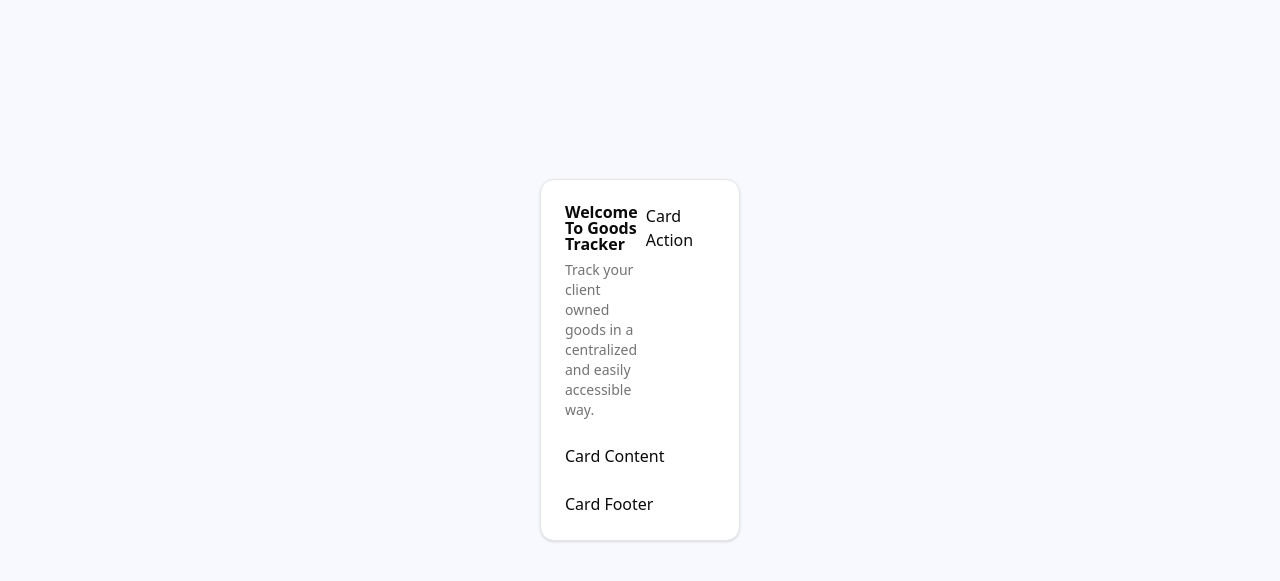
Repository: Renzo-Salosagcol/cog_tracker
Page: /
An editor plug-in stored every save of this project. The page is shown before and after the next save, followed by the edit.
The browser window is 1280 px wide. The pictures show the whole page.
The project was rebuilt for these pictures with package versions that can differ from the ones it lists, and the page was loaded fresh each time. The framework's server and built-in components were replaced by stand-ins that run in the browser. Also part of the build but not shown: next.config.ts.

Above is the page before, as saved 2025-12-17 14:13:46.

### app/layout.tsx
import type { Metadata } from "next";
import { Geist, Geist_Mono } from "next/font/google";
import "./globals.css";

const geistSans = Geist({
  variable: "--font-geist-sans",
  subsets: ["latin"],
});

const geistMono = Geist_Mono({
  variable: "--font-geist-mono",
  subsets: ["latin"],
});

export const metadata: Metadata = {
  title: "COG Tracker",
  description: "COG tracker created to track client owned goods in a centralized and easily accessible way",
};

export default function RootLayout({
  children,
}: Readonly<{
  children: React.ReactNode;
}>) {
  return (
    <html lang="en">
      <body
        className={`${geistSans.variable} ${geistMono.variable} antialiased`}
      >
        {children}
      </body>
    </html>
  );
}

### app/page.tsx
import {
  Card,
  CardAction,
  CardContent,
  CardDescription,
  CardFooter,
  CardHeader,
  CardTitle,
} from "@/components/ui/card"

export default function Home() {
  return (
    <div className="root-page-element bg-background">
      <Card className="*
        glassmorphism flex flex-cols-1 min-w-50">
        <CardHeader>
          <CardTitle>Welcome To Goods Tracker</CardTitle>
          <CardDescription>Track your client owned goods in a centralized and easily accessible way.</CardDescription>
          <CardAction>Card Action</CardAction>
        </CardHeader>
        <CardContent>
          <p>Card Content</p>
        </CardContent>
        <CardFooter>
          <p>Card Footer</p>
        </CardFooter>
      </Card>
    </div>
  );
}

### app/globals.css
@import "tailwindcss";
@import "tw-animate-css";

@custom-variant dark (&:is(.dark *));

@theme inline {
  --radius-sm: calc(var(--radius) - 4px);
  --radius-md: calc(var(--radius) - 2px);
  --radius-lg: var(--radius);
  --radius-xl: calc(var(--radius) + 4px);
  --radius-2xl: calc(var(--radius) + 8px);
  --radius-3xl: calc(var(--radius) + 12px);
  --radius-4xl: calc(var(--radius) + 16px);
  --color-background: var(--background);
  --color-foreground: var(--foreground);
  --color-card: var(--card);
  --color-card-foreground: var(--card-foreground);
  --color-popover: var(--popover);
  --color-popover-foreground: var(--popover-foreground);
  --color-primary: var(--primary);
  --color-primary-foreground: var(--primary-foreground);
  --color-secondary: var(--secondary);
  --color-secondary-foreground: var(--secondary-foreground);
  --color-muted: var(--muted);
  --color-muted-foreground: var(--muted-foreground);
  --color-accent: var(--accent);
  --color-accent-foreground: var(--accent-foreground);
  --color-destructive: var(--destructive);
  --color-border: var(--border);
  --color-input: var(--input);
  --color-ring: var(--ring);
  --color-chart-1: var(--chart-1);
  --color-chart-2: var(--chart-2);
  --color-chart-3: var(--chart-3);
  --color-chart-4: var(--chart-4);
  --color-chart-5: var(--chart-5);
  --color-sidebar: var(--sidebar);
  --color-sidebar-foreground: var(--sidebar-foreground);
  --color-sidebar-primary: var(--sidebar-primary);
  --color-sidebar-primary-foreground: var(--sidebar-primary-foreground);
  --color-sidebar-accent: var(--sidebar-accent);
  --color-sidebar-accent-foreground: var(--sidebar-accent-foreground);
  --color-sidebar-border: var(--sidebar-border);
  --color-sidebar-ring: var(--sidebar-ring);
}

:root {
  --radius: 0.625rem;
  --background: #f8f8ff; /* Ghost White */
  --foreground: #080808; /* Vampire Black */
  --card: oklch(1 0 0);
  --card-foreground: oklch(0.145 0 0);
  --popover: oklch(1 0 0);
  --popover-foreground: oklch(0.145 0 0);
  --primary: oklch(0.205 0 0);
  --primary-foreground: oklch(0.985 0 0);
  --secondary: oklch(0.97 0 0);
  --secondary-foreground: oklch(0.205 0 0);
  --muted: oklch(0.97 0 0);
  --muted-foreground: oklch(0.556 0 0);
  --accent: oklch(0.97 0 0);
  --accent-foreground: oklch(0.205 0 0);
  --destructive: oklch(0.577 0.245 27.325);
  --border: oklch(0.922 0 0);
  --input: oklch(0.922 0 0);
  --ring: oklch(0.708 0 0);
  --chart-1: oklch(0.646 0.222 41.116);
  --chart-2: oklch(0.6 0.118 184.704);
  --chart-3: oklch(0.398 0.07 227.392);
  --chart-4: oklch(0.828 0.189 84.429);
  --chart-5: oklch(0.769 0.188 70.08);
  --sidebar: oklch(0.985 0 0);
  --sidebar-foreground: oklch(0.145 0 0);
  --sidebar-primary: oklch(0.205 0 0);
  --sidebar-primary-foreground: oklch(0.985 0 0);
  --sidebar-accent: oklch(0.97 0 0);
  --sidebar-accent-foreground: oklch(0.205 0 0);
  --sidebar-border: oklch(0.922 0 0);
  --sidebar-ring: oklch(0.708 0 0);
}

.dark {
  --background: #080808; /* Vampire Black */
  --foreground: #f8f8ff; /* Ghost White */
  --card: oklch(0.205 0 0);
  --card-foreground: oklch(0.985 0 0);
  --popover: oklch(0.205 0 0);
  --popover-foreground: oklch(0.985 0 0);
  --primary: oklch(0.922 0 0);
  --primary-foreground: oklch(0.205 0 0);
  --secondary: oklch(0.269 0 0);
  --secondary-foreground: oklch(0.985 0 0);
  --muted: oklch(0.269 0 0);
  --muted-foreground: oklch(0.708 0 0);
  --accent: oklch(0.269 0 0);
  --accent-foreground: oklch(0.985 0 0);
  --destructive: oklch(0.704 0.191 22.216);
  --border: oklch(1 0 0 / 10%);
  --input: oklch(1 0 0 / 15%);
  --ring: oklch(0.556 0 0);
  --chart-1: oklch(0.488 0.243 264.376);
  --chart-2: oklch(0.696 0.17 162.48);
  --chart-3: oklch(0.769 0.188 70.08);
  --chart-4: oklch(0.627 0.265 303.9);
  --chart-5: oklch(0.645 0.246 16.439);
  --sidebar: oklch(0.205 0 0);
  --sidebar-foreground: oklch(0.985 0 0);
  --sidebar-primary: oklch(0.488 0.243 264.376);
  --sidebar-primary-foreground: oklch(0.985 0 0);
  --sidebar-accent: oklch(0.269 0 0);
  --sidebar-accent-foreground: oklch(0.985 0 0);
  --sidebar-border: oklch(1 0 0 / 10%);
  --sidebar-ring: oklch(0.556 0 0);
}

@layer base {
  * {
    @apply border-border outline-ring/50;
  }
  body {
    @apply bg-background text-foreground;
  }
}

@utility root-page-element {
  @apply min-h-screen flex flex-col items-center justify-center;
}

@utility glassmorphism {
  @apply bg-background/70 backdrop-blur-lg
}

### components/ui/card.tsx
import * as React from "react"

import { cn } from "@/lib/utils"

function Card({ className, ...props }: React.ComponentProps<"div">) {
  return (
    <div
      data-slot="card"
      className={cn(
        "bg-card text-card-foreground flex flex-col gap-6 rounded-xl border py-6 shadow-sm",
        className
      )}
      {...props}
    />
  )
}

function CardHeader({ className, ...props }: React.ComponentProps<"div">) {
  return (
    <div
      data-slot="card-header"
      className={cn(
        "@container/card-header grid auto-rows-min grid-rows-[auto_auto] items-start gap-2 px-6 has-data-[slot=card-action]:grid-cols-[1fr_auto] [.border-b]:pb-6",
        className
      )}
      {...props}
    />
  )
}

function CardTitle({ className, ...props }: React.ComponentProps<"div">) {
  return (
    <div
      data-slot="card-title"
      className={cn("leading-none font-semibold", className)}
      {...props}
    />
  )
}

function CardDescription({ className, ...props }: React.ComponentProps<"div">) {
  return (
    <div
      data-slot="card-description"
      className={cn("text-muted-foreground text-sm", className)}
      {...props}
    />
  )
}

function CardAction({ className, ...props }: React.ComponentProps<"div">) {
  return (
    <div
      data-slot="card-action"
      className={cn(
        "col-start-2 row-span-2 row-start-1 self-start justify-self-end",
        className
      )}
      {...props}
    />
  )
}

function CardContent({ className, ...props }: React.ComponentProps<"div">) {
  return (
    <div
      data-slot="card-content"
      className={cn("px-6", className)}
      {...props}
    />
  )
}

function CardFooter({ className, ...props }: React.ComponentProps<"div">) {
  return (
    <div
      data-slot="card-footer"
      className={cn("flex items-center px-6 [.border-t]:pt-6", className)}
      {...props}
    />
  )
}

export {
  Card,
  CardHeader,
  CardFooter,
  CardTitle,
  CardAction,
  CardDescription,
  CardContent,
}

Loaded but not shown: lib/utils.ts (common file)

After the next save:
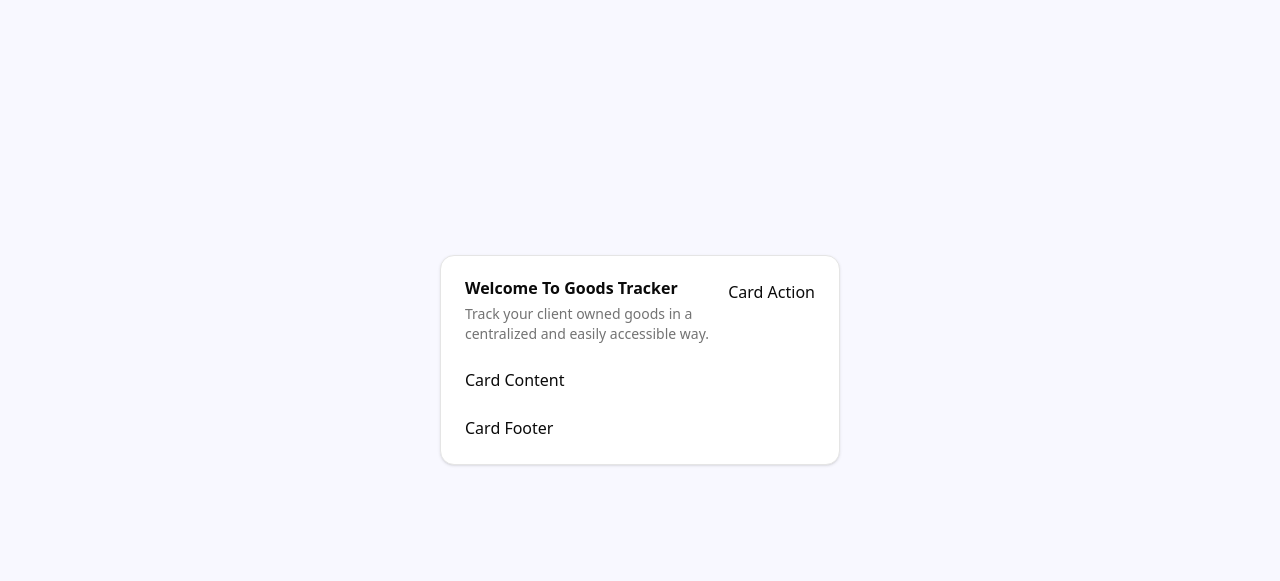
Saved 4 s later.
--- a/app/page.tsx
+++ b/app/page.tsx
@@ -12,7 +12,7 @@ export default function Home() {
   return (
     <div className="root-page-element bg-background">
       <Card className="*
-        glassmorphism flex flex-cols-1 min-w-50">
+        glassmorphism flex flex-cols-1 min-w-100">
         <CardHeader>
           <CardTitle>Welcome To Goods Tracker</CardTitle>
           <CardDescription>Track your client owned goods in a centralized and easily accessible way.</CardDescription>
